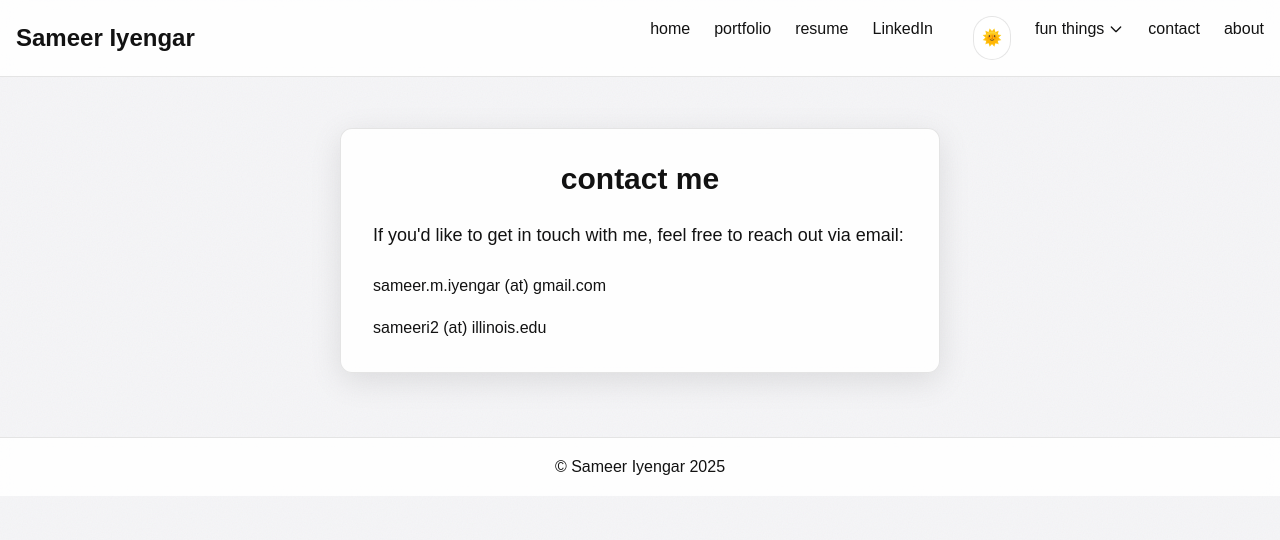
Repository: siyengar04/siyengar04.github.io
Page: contact.html
An editor plug-in stored every save of this project. The page is shown before and after the next save, followed by the edit.
The browser window is 1280 px wide. The pictures show the whole page.
Some web fonts or font styles are not loaded; a fallback is used.

Above is the page before, as saved 2025-10-10 01:13:36.

### contact.html
<!DOCTYPE html>
<html lang="en">

<head>
    <script>
        if (localStorage.theme === 'dark' ||
            (!('theme' in localStorage) && window.matchMedia('(prefers-color-scheme: dark)').matches)) {
            document.documentElement.classList.add('dark-theme');
        }
    </script>
    <meta charset="UTF-8">
    <meta name="viewport" content="width=device-width, initial-scale=1.0">
    <meta property="og:image" content="./images/profile.jpg">
    <meta property="og:image:type" content="image/jpg">
    <meta name="description" content="student, innovator, engineer" />
    <meta property="og:title" content="Sameer Iyengar">
    <meta property="og:description" content="student, innovator, engineer">
    <title>Sameer Iyengar - Contact</title>
    <script src="https://cdn.jsdelivr.net/npm/@tailwindcss/browser@4"></script>
    <link href="https://fonts.googleapis.com/css2?family=Poppins:wght@300;400;600&display=swap" rel="stylesheet">
    <style>
        :root {
            /* Light Theme (default) - High contrast */
            --bg-primary: #f5f5f7;
            --text-primary: #121212;
            --glass-light: rgba(255, 255, 255, 0.85);
            --glass-text: #121212;
            --border-light: rgba(0, 0, 0, 0.1);
            --accent-color: #3b82f6;

            /* Dark Theme */
            --bg-primary-dark: #0a0a0a;
            --text-primary-dark: #f8f9fa;
            --glass-dark: rgba(20, 20, 20, 0.85);
            --glass-text-dark: #f8f9fa;
            --border-dark: rgba(255, 255, 255, 0.15);
            --accent-color-dark: #60a5fa;
        }

        .dark-theme {
            --bg-primary: var(--bg-primary-dark);
            --text-primary: var(--text-primary-dark);
            --glass-light: var(--glass-dark);
            --glass-text: var(--glass-text-dark);
            --border-light: var(--border-dark);
            --accent-color: var(--accent-color-dark);
        }

        body {
            font-family: 'DM Mono', sans-serif;
            background: var(--bg-primary);
            color: var(--text-primary);
            transition: background 0.5s ease, color 0.3s ease;
            background-image: url('data:[embedded picture, 288 characters]');
            line-height: 1.6;
            margin: 0;
            padding: 0;
        }

        /* Glassmorphism Navigation Bar */
        header {
            position: fixed;
            top: 0;
            width: 100%;
            background: var(--glass-light) !important;
            backdrop-filter: blur(12px);
            -webkit-backdrop-filter: blur(12px);
            border-bottom: 1px solid var(--border-light);
            color: var(--glass-text) !important;
            z-index: 100;
            padding: 1rem 0;
        }

        /* Navigation */
        nav a {
            color: var(--glass-text);
            transition: all 0.3s ease;
        }

        nav a:hover {
            color: var(--accent-color);
            transform: translateY(-2px);
        }

        /* Theme toggle button */
        #theme-toggle {
            background: var(--glass-light);
            backdrop-filter: blur(10px);
            border: 1px solid var(--border-light);
            transition: all 0.3s ease;
        }

        #theme-toggle:hover {
            transform: scale(1.1);
        }

        /* Contact Section */
        #contact {
            padding: 8rem 0 4rem;
            /* Adjusted for fixed header */
        }

        .contact-container {
            background: var(--glass-light);
            backdrop-filter: blur(8px);
            -webkit-backdrop-filter: blur(8px);
            border: 1px solid var(--border-light);
            border-radius: 12px;
            padding: 2rem;
            max-width: 600px;
            margin: 0 auto;
            box-shadow: 0 8px 32px rgba(0, 0, 0, 0.1);
        }

        .email-link {
            color: var(--accent-color);
            text-decoration: none;
            font-weight: 600;
            transition: all 0.3s ease;
        }

        .email-link:hover {
            text-decoration: underline;
            transform: translateY(-2px);
        }

        /* Dropdown menu */
        .desktop-dropdown-menu {
            margin-top: 0.5rem;
            background: var(--glass-light);
            backdrop-filter: blur(12px);
            -webkit-backdrop-filter: blur(12px);
            border: 1px solid var(--border-light);
            border-radius: 8px;
            overflow: hidden;
            box-shadow: 0 8px 32px rgba(0, 0, 0, 0.1);
        }

        .desktop-dropdown:hover .desktop-dropdown-menu {
            display: block;
        }

        /* Footer */
        footer {
            background: var(--glass-light);
            backdrop-filter: blur(12px);
            -webkit-backdrop-filter: blur(12px);
            border-top: 1px solid var(--border-light);
            padding: 1rem 0;
            color: var(--glass-text);
        }

        @media (max-width: 768px) {
            #contact {
                padding: 6rem 0 2rem;
            }

            .contact-container {
                margin: 0 1rem;
                padding: 1.5rem;
            }

            #nav-menu {
                background: var(--glass-light);
                backdrop-filter: blur(12px);
                -webkit-backdrop-filter: blur(12px);
                border: 1px solid var(--border-light);
                border-radius: 8px;
                padding: 1rem;
                margin-top: 0.5rem;
            }
        }
    </style>
</head>

<body>
    <header class="fixed top-0 z-10 w-full">
        <div class="container flex items-center justify-between px-4 mx-auto">
            <h1 class="text-2xl font-semibold">Sameer Iyengar</h1>
            <div class="md:hidden">
                <button id="nav-toggle" class="focus:outline-none">
                    <svg xmlns="http://www.w3.org/2000/svg" class="w-6 h-6" fill="none" viewBox="0 0 24 24"
                        stroke="currentColor">
                        <path stroke-linecap="round" stroke-linejoin="round" stroke-width="2"
                            d="M4 6h16M4 12h16m-7 6h7" />
                    </svg>
                </button>
            </div>
            <nav id="nav-menu" class="hidden md:flex md:space-x-6">
                <ul class="flex flex-col space-y-4 md:flex-row md:space-y-0 md:space-x-6">
                    <li><a href="/index.html">home</a></li>
                    <li><a href="/portfolio.html">portfolio</a></li>
                    <li><a href="/resume.html">resume</a></li>
                    <li><a href="https://www.linkedin.com/in/sameer-iyengar/">LinkedIn</a></li>
                    <li>
                        <button id="theme-toggle" class="p-2 ml-4 rounded-full">
                            <span class="light-icon">🌞</span>
                            <span class="hidden dark-icon">🌙</span>
                        </button>
                    </li>
                    <!-- Desktop Fun Things Dropdown -->
                    <li class="relative group">
                        <button class="flex items-center">
                            fun things
                            <svg class="w-4 h-4 ml-1" fill="none" stroke="currentColor" viewBox="0 0 24 24"
                                xmlns="http://www.w3.org/2000/svg">
                                <path stroke-linecap="round" stroke-linejoin="round" stroke-width="2"
                                    d="M19 9l-7 7-7-7"></path>
                            </svg>
                        </button>
                        <div class="absolute left-0 hidden pt-2 group-hover:block desktop-dropdown-menu">
                            <a href="/cat-gallery.html" class="block px-4 py-2 hover:text-accent-color">eva!!</a>
                        </div>
                    </li>
                    <li><a href="/contact.html">contact</a></li>
                    <li><a href="/about.html">about</a></li>
                </ul>
            </nav>
        </div>
    </header>

    <main>
        <section id="contact" class="contact">
            <div class="contact-container">
                <h2 class="mb-6 text-3xl font-bold text-center">contact me</h2>
                <p class="mb-6 text-lg">If you'd like to get in touch with me, feel free to reach out via email:</p>
                <div class="space-y-4">
                    <p>
                        sameer.m.iyengar (at) gmail.com
                    </p>
                    <p>
                        sameeri2 (at) illinois.edu
                    </p>
                </div>
            </div>
        </section>
    </main>

    <footer class="text-center">
        <div class="container mx-auto">
            <p>&copy; Sameer Iyengar 2025</p>
        </div>
    </footer>

    <script>
        // Mobile navigation toggle
        const navToggle = document.getElementById('nav-toggle');
        const navMenu = document.getElementById('nav-menu');

        navToggle.addEventListener('click', () => {
            navMenu.classList.toggle('hidden');
        });

        // Theme toggle functionality
        const themeToggle = document.getElementById('theme-toggle');
        const darkIcon = document.querySelector('.dark-icon');
        const lightIcon = document.querySelector('.light-icon');

        // Check for saved preference or system preference
        const savedTheme = localStorage.getItem('theme') ||
            (window.matchMedia('(prefers-color-scheme: dark)').matches ? 'dark' : 'light');

        if (savedTheme === 'dark') document.documentElement.classList.add('dark-theme');

        // Update UI icons
        function updateIcons() {
            const isDark = document.documentElement.classList.contains('dark-theme');
            darkIcon.classList.toggle('hidden', !isDark);
            lightIcon.classList.toggle('hidden', isDark);
        }

        // Toggle theme
        themeToggle.addEventListener('click', () => {
            document.documentElement.classList.toggle('dark-theme');
            const theme = document.documentElement.classList.contains('dark-theme') ? 'dark' : 'light';
            localStorage.setItem('theme', theme);
            updateIcons();
        });

        // Initialize icons
        updateIcons();
    </script>
</body>

</html>

After the next save:
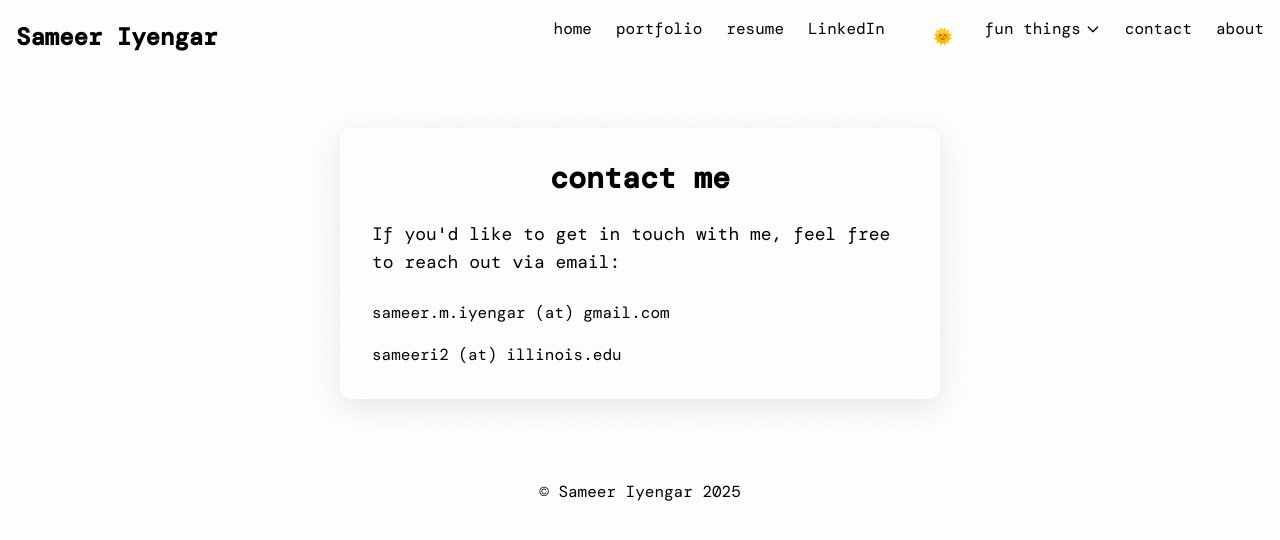
Saved 39 h 2 min later.
--- a/contact.html
+++ b/contact.html
@@ -17,8 +17,12 @@
     <meta property="og:description" content="student, innovator, engineer">
     <title>Sameer Iyengar - Contact</title>
     <script src="https://cdn.jsdelivr.net/npm/@tailwindcss/browser@4"></script>
-    <link href="https://fonts.googleapis.com/css2?family=Poppins:wght@300;400;600&display=swap" rel="stylesheet">
-    <style>
+    <link rel="preconnect" href="https://fonts.googleapis.com">
+    <link rel="preconnect" href="https://fonts.gstatic.com" crossorigin>
+    <link
+        href="https://fonts.googleapis.com/css2?family=DM+Mono:ital,wght@0,300;0,400;0,500;1,300;1,400;1,500&display=swap"
+        rel="stylesheet">
+    <style>    <style>
         :root {
             /* Light Theme (default) - High contrast */
             --bg-primary: #f5f5f7;
